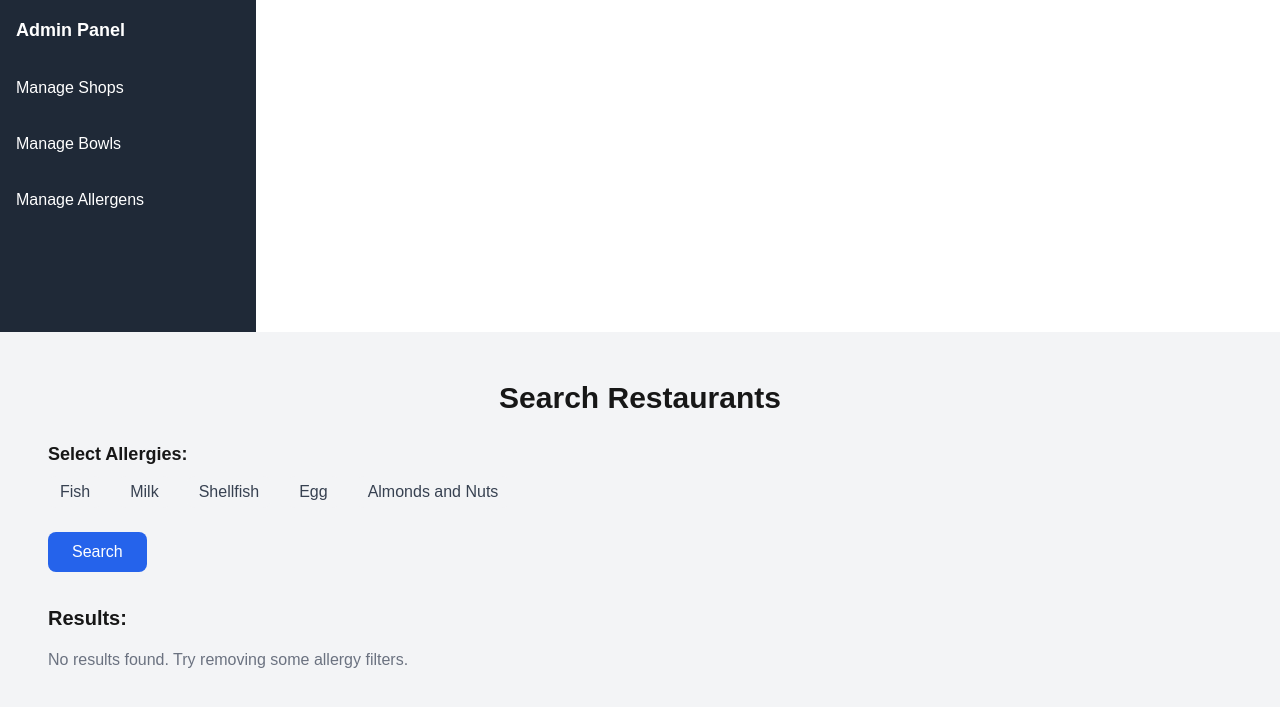
Repository: komuro-zero/ramen_dashboard
Page: /
The author's editor kept a copy of each file at every save. The page is drawn from the files as they stood at one save, then again after the next save.
The browser window is 1280 px wide. The pictures show the whole page.
The project was rebuilt for these pictures with package versions that can differ from the ones it lists, and the page was loaded fresh each time. The framework's server and built-in components were replaced by stand-ins that run in the browser. Also part of the build but not shown: next.config.ts.

Above is the page before, as saved 2025-01-20 22:37:17.

### app/layout.tsx
import "./globals.css";
import Sidebar from "@/components/Sidebar";

export const metadata = {
  title: "Ramen Dashboard",
  description: "Filter restaurants and manage ramen information",
};

export default function RootLayout({
  children,
}: {
  children: React.ReactNode;
}) {
  return (
    <html lang="en">
      <body className="flex">
        <Sidebar />
        <main className="flex-1 p-6 bg-gray-100">{children}</main>
      </body>
    </html>
  );
}

### app/page.tsx
"use client";

import { useState } from "react";

export default function SearchPage() {
  const [allergies, setAllergies] = useState<string[]>([]);
  const [results, setResults] = useState<any[]>([]);

  const allergyOptions = ["Fish", "Milk", "Shellfish", "Egg", "Almonds and Nuts"];

  const toggleAllergy = (allergy: string) => {
    setAllergies((prev) =>
      prev.includes(allergy) ? prev.filter((a) => a !== allergy) : [...prev, allergy]
    );
  };

  const fetchResults = async () => {
    try {
      const response = await fetch(`/api/search?allergies=${allergies.join(",")}`);
      const data = await response.json();
      setResults(data);
    } catch (error) {
      console.error("Error fetching results:", error);
    }
  };

  const isShopUnavailable = (ramenBowls: any[]) => {
    return ramenBowls.every((bowl) =>
      bowl.allergens.some((allergen: any) => allergies.includes(allergen.name))
    );
  };

  return (
    <div className="p-6">
      <h1 className="text-3xl font-bold mb-6 text-center">Search Restaurants</h1>

      <div className="mb-6">
        <h2 className="text-lg font-semibold mb-2">Select Allergies:</h2>
        <div className="flex flex-wrap gap-4">
          {allergyOptions.map((allergy) => (
            <button
              key={allergy}
              onClick={() => toggleAllergy(allergy)}
              className={`px-3 py-1 rounded-lg cursor-pointer
                ${allergies.includes(allergy)
                  ? "bg-blue-600 text-white"
                  : "bg-gray-100 text-gray-700"
                }
                hover:bg-blue-500 hover:text-white`}
            >
              {allergy}
            </button>
          ))}
        </div>
      </div>

      <button
        onClick={fetchResults}
        className="px-6 py-2 bg-blue-600 text-white rounded-lg hover:bg-blue-700"
      >
        Search
      </button>

      <div className="mt-8">
        <h2 className="text-xl font-semibold mb-4">Results:</h2>
        {results.length > 0 ? (
          <div className="grid grid-cols-1 md:grid-cols-2 lg:grid-cols-3 gap-6">
            {results.map((shop) => {
              const unavailable = isShopUnavailable(shop.ramen);
              return (
                <div
                  key={shop.id}
                  className={`border rounded-lg shadow-md p-4 bg-white ${unavailable ? "opacity-50" : ""
                    }`}
                >
                  <h3 className="text-lg font-bold mb-2">
                    {shop.name} {unavailable && "🚫"}
                  </h3>
                  <p className="text-gray-500 mb-4">{shop.address}</p>
                  <h4 className="text-md font-semibold mb-2">Ramen Bowls:</h4>
                  <ul className="space-y-2">
                    {shop.ramen.map((bowl) => (
                      <li
                        key={bowl.id}
                        className={`p-2 rounded-lg ${bowl.allergens.some((allergen: any) =>
                          allergies.includes(allergen.name)
                        )
                          ? "bg-red-100 text-red-600"
                          : "bg-green-100 text-green-600"
                          }`}
                      >
                        <div className="font-medium">{bowl.name}</div>
                        {bowl.allergens.length > 0 && (
                          <div className="text-sm">
                            Allergens: {bowl.allergens.map((a) => a.name).join(", ")}
                          </div>
                        )}
                        {bowl.allergens.length === 0 && (
                          <div className="text-sm">No allergens 🎉</div>
                        )}
                      </li>
                    ))}
                  </ul>
                </div>
              );
            })}
          </div>
        ) : (
          <p className="text-gray-500">No results found. Try removing some allergy filters.</p>
        )}
      </div>
    </div>
  );
}

### app/globals.css
@tailwind base;
@tailwind components;
@tailwind utilities;

/* Default light mode */
:root {
  --background: #ffffff;
  --foreground: #171717;
}

/* Dark mode overrides */
body.dark {
  --background: #0a0a0a;
  --foreground: #ededed;
}

body {
  background: var(--background);
  color: var(--foreground);
  font-family: Arial, Helvetica, sans-serif;
}

html,
body {
  height: 100%;
  margin: 0;
}

body {
  display: flex;
  flex-direction: column;
}

### components/Sidebar.tsx
import Link from "next/link";

export default function Sidebar() {
    return (
        <div className="w-64 h-full bg-gray-800 text-white flex flex-col">
            <h2 className="text-lg font-bold p-4">Admin Panel</h2>
            <nav className="flex flex-col">
                <Link href="/manage/shops" className="p-4 hover:bg-gray-700">
                    Manage Shops
                </Link>
                <Link href="/manage/bowls" className="p-4 hover:bg-gray-700">
                    Manage Bowls
                </Link>
                <Link href="/manage/allergens" className="p-4 hover:bg-gray-700">
                    Manage Allergens
                </Link>
            </nav>
        </div>
    );
}

Loaded but not shown: tailwind.config.ts (common file)

After the next save:
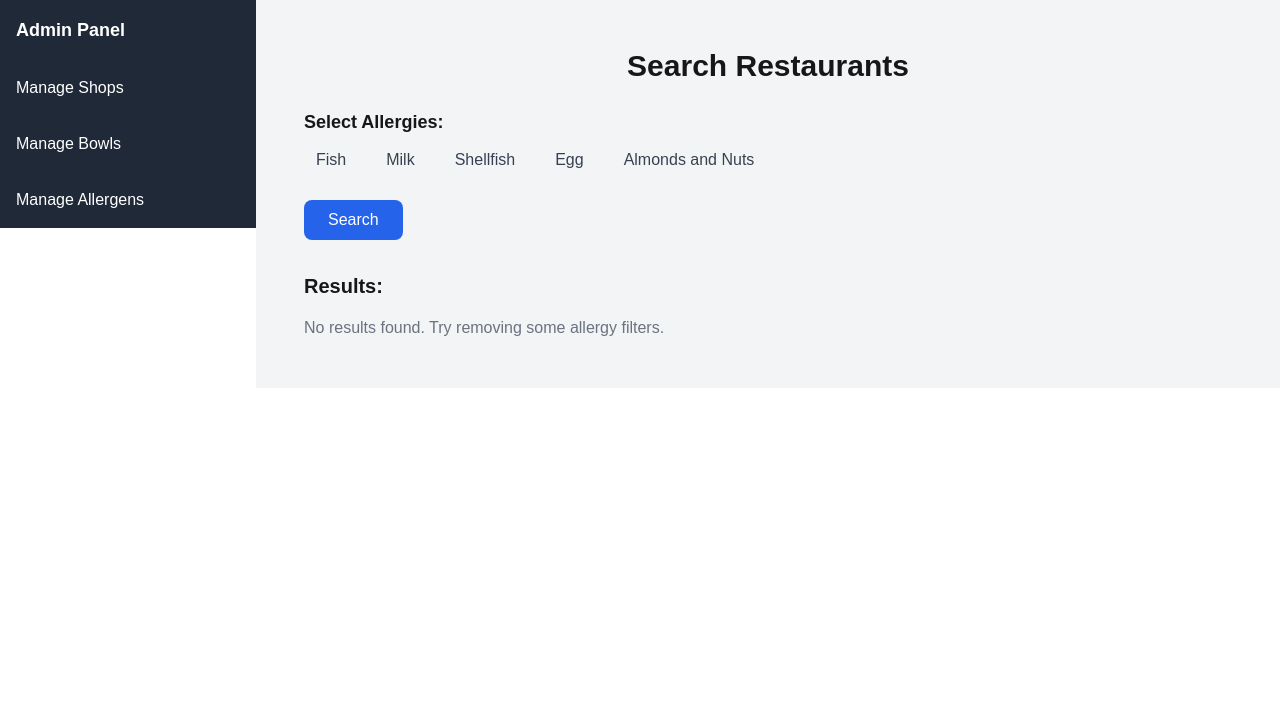
Saved 64 s later.
--- a/app/globals.css
+++ b/app/globals.css
@@ -19,14 +19,3 @@ body {
   color: var(--foreground);
   font-family: Arial, Helvetica, sans-serif;
 }
-
-html,
-body {
-  height: 100%;
-  margin: 0;
-}
-
-body {
-  display: flex;
-  flex-direction: column;
-}
